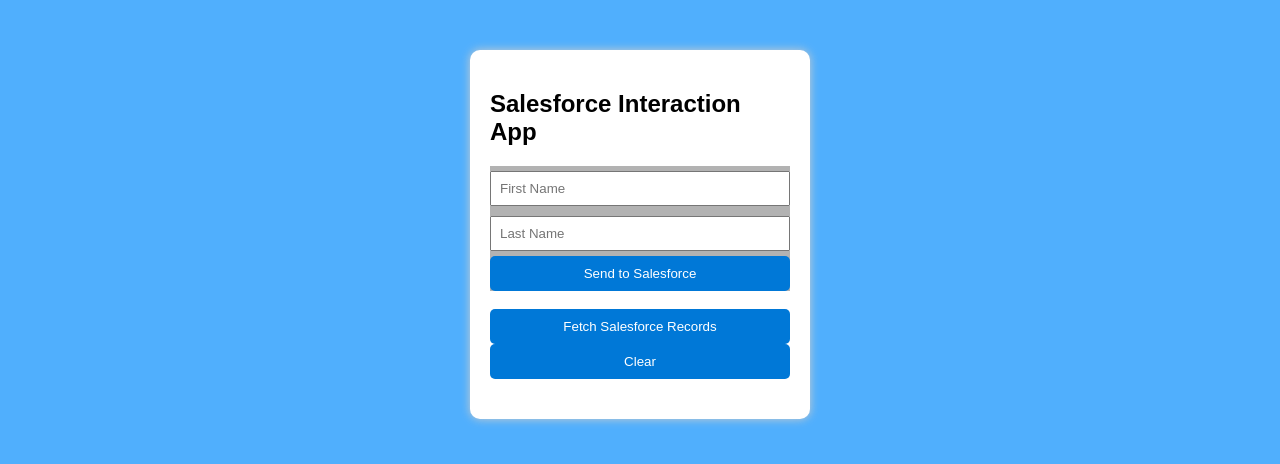
Repository: PamodaW/SalesforceSync
Page: Client/index.html
An editor plug-in stored every save of this project. The page is shown before and after the next save, followed by the edit.
The browser window is 1280 px wide. The pictures show the whole page.

Above is the page before, as saved 2024-11-20 15:33:03.

### Client/index.html
<!DOCTYPE html>
<html lang="en">
<head>
    <meta charset="UTF-8">
    <meta name="viewport" content="width=device-width, initial-scale=1.0">
    <link rel="stylesheet" href="style.css">
    <title>Salesforce Web App</title>
</head>
<body>
    <div class="Clouds"></div>
    <div class="Clouds"></div>
    <div class="Clouds"></div>
    <div class="container">
        <h2>Salesforce Interaction App</h2>
        <form id="salesforceForm">
            <input type="text" id="firstName" placeholder="First Name" required>
            <input type="text" id="lastName" placeholder="Last Name" required>
            <br/>
            <button type="button" onclick="createRecord()">Send to Salesforce</button>
        </form>
        <br/>
        <button onclick="fetchRecords()">Fetch Salesforce Records</button>
        <br>
        <button onclick="ClearArea()">Clear</button>
        <div id="output"></div>
    </div>
    <script src="script.js"></script>
</body>
</html>

### Client/style.css
body {
    font-family: Arial, sans-serif;
    background-color: #50affd;
}

.container {
    width: 300px;
    margin: 50px auto;
    padding: 20px;
    background: white;
    border-radius: 10px;
    box-shadow: 0 0 10px #ccc;
}

input {
    width: 100%;
    padding: 8px;
    margin: 5px 0;
    box-sizing: border-box;
}

button {
    width: 100%;
    padding: 10px;
    background: #0078d7;
    color: white;
    border: none;
    border-radius: 5px;
    cursor: pointer;
}

button:hover {
    background: #0056a6;
}

#output {
    margin-top: 20px;
}



form{
    background-color: rgba(0, 0, 0, 0.3); /* 30% transparent black background */
    color: #ffffff; /* Text color remains opaque */
}

### Client/script.js
const consumerKey = "3MVG9DREgiBqN9Wn1tmI.eQb32fXpKrWsCOiPp9anMP.XOEs3Rv7Ic_w7Q17wlZtloetkekoWTk5wvuYA8eFB";
const consumerSecret = "A0E8A1E3413392B2C6332CBA430EEA0D6A9BF24CEB56DDAEEF33126583276774";
const username = "pamodaw@gmail.com";
const password = "Pamzi2020yBm8RGuqKhuSUMUayOxBCQAk";

let accessToken = "";

async function authenticate() {
    try {
        const response = await fetch('http://localhost:3000/authenticate', {
            method: 'POST',
            headers: {
                'Content-Type': 'application/json',
            },
        });

        const data = await response.json();
        if (data.access_token) {
            accessToken = data.access_token;
            instanceUrl = data.instance_url;
            console.log('Authenticated successfully');
        } else {
            console.error('Authentication failed', data);
            alert("Authentication failed: " + JSON.stringify(data));
        }
    } catch (error) {
        console.error('Error during authentication', error);
    }
}


// Step 2: Create a Record in Salesforce
// Assuming the accessToken and instanceUrl are set after authentication

async function createRecord() {
    if (!accessToken || !instanceUrl) {
        await authenticate();
    }

    if (accessToken && instanceUrl) {
        const firstName = document.getElementById("firstName").value;
        const lastName = document.getElementById("lastName").value;

        const newContact = {
            FirstName: firstName,
            LastName: lastName,
        };

        try {
            const response = await fetch('http://localhost:3000/createContact', {  // Matches the server port
                method: 'POST',
                headers: {
                    'Content-Type': 'application/json',
                },
                body: JSON.stringify({
                    accessToken: accessToken,
                    instanceUrl: instanceUrl,
                    contactData: newContact,
                }),
            });

            const data = await response.json();

            if (data.id) {
                console.log('Contact created successfully', data);
                alert(`Contact created successfully: ${data.id}`);
            } else {
                console.error('Failed to create contact', data);
                alert("Failed to create contact: " + JSON.stringify(data));
            }
        } catch (error) {
            console.error('Error during contact creation', error);
        }
    } else {
        console.error('Authentication failed. Cannot create record.');
    }
}



// Step 3: Fetch Records from Salesforce
async function fetchRecords() {
    if (!accessToken || !instanceUrl) {
        await authenticate();
    }

    if (accessToken && instanceUrl) {
        try {
            const response = await fetch('http://localhost:3000/getContacts', {
                method: 'POST',
                headers: {
                    'Content-Type': 'application/json',
                },
                body: JSON.stringify({
                    accessToken: accessToken,
                    instanceUrl: instanceUrl,
                }),
            });

            const contacts = await response.json();

            if (Array.isArray(contacts)) {
                console.log('Contacts fetched successfully:', contacts);
                let output = "<h3>Fetched Contacts:</h3>";
                contacts.forEach(contact => {
                    output += `<p>${contact.FirstName} ${contact.LastName}</p>`;
                });
                document.getElementById('output').innerHTML = output;
            } else {
                console.error('Failed to fetch contacts', contacts);
                alert("Failed to fetch contacts: " + JSON.stringify(contacts));
            }
        } catch (error) {
            console.error('Error during contact fetch', error);
        }
    } else {
        console.error('Authentication failed. Cannot fetch contacts.');
    }
}

//clear the Area
async function ClearArea(){
    document.getElementById('output')
            .innerHTML = "";
}

After the next save:
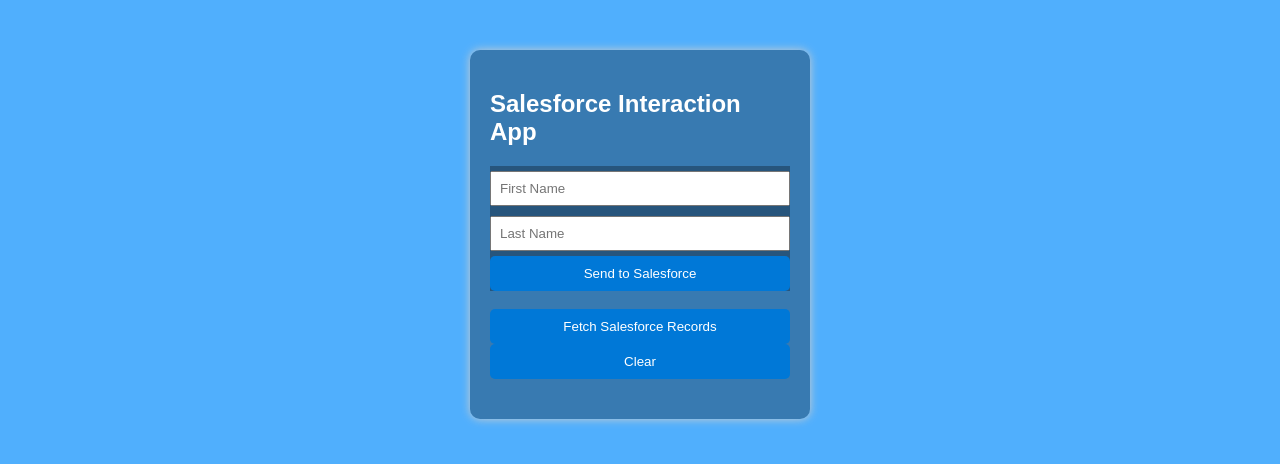
Saved 16 s later.
--- a/Client/style.css
+++ b/Client/style.css
@@ -10,6 +10,8 @@
     background: white;
     border-radius: 10px;
     box-shadow: 0 0 10px #ccc;
+    background-color: rgba(0, 0, 0, 0.3); /* 30% transparent black background */
+    color: #ffffff; /* Text color remains opaque */
 }
 
 input {
